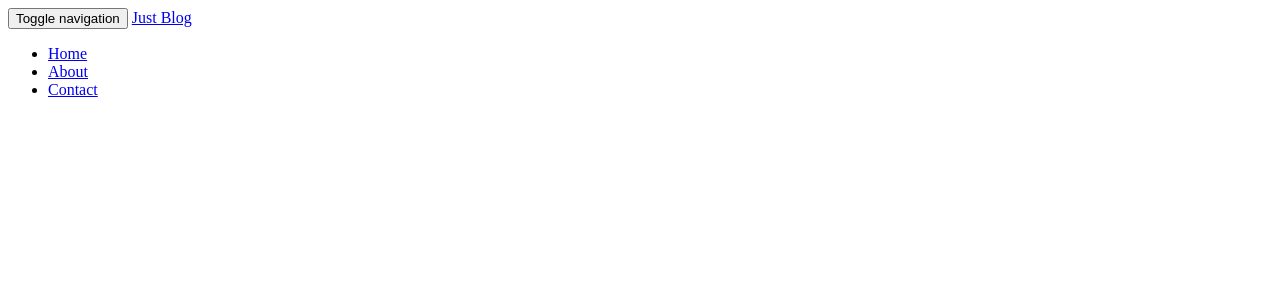
Repository: irfanhabib0/Final-JustBlog
Page: JustBlogFrontEnd/WebContent/user/Header2.html
The author's editor kept a copy of each file at every save. The page is drawn from the files as they stood at one save, then again after the next save.
The browser window is 1280 px wide. The pictures show the whole page.

Above is the page before, as saved 2017-08-24 09:28:47.

After the next save:
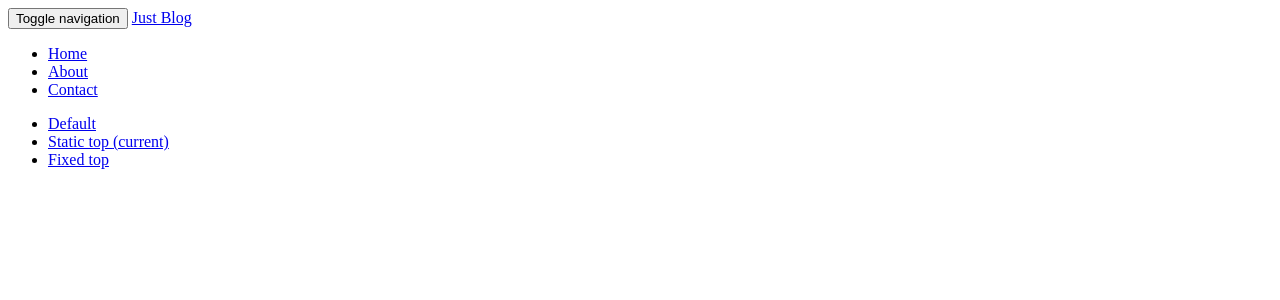
Saved 3 min 50 s later.
--- a/JustBlogFrontEnd/WebContent/user/Header2.html
+++ b/JustBlogFrontEnd/WebContent/user/Header2.html
@@ -17,7 +17,15 @@
             <li><a href="#contact">Contact</a></li>
 
           </ul>
+           <ul class="nav navbar-nav navbar-right">
+            <li><a href="../navbar/">Default</a></li>
+            <li class="active"><a href="./">Static top <span class="sr-only">(current)</span></a></li>
+            <li><a href="../navbar-fixed-top/">Fixed top</a></li>
+           </ul>
+
           </div>
+
+
           </div>
 
       </nav>
